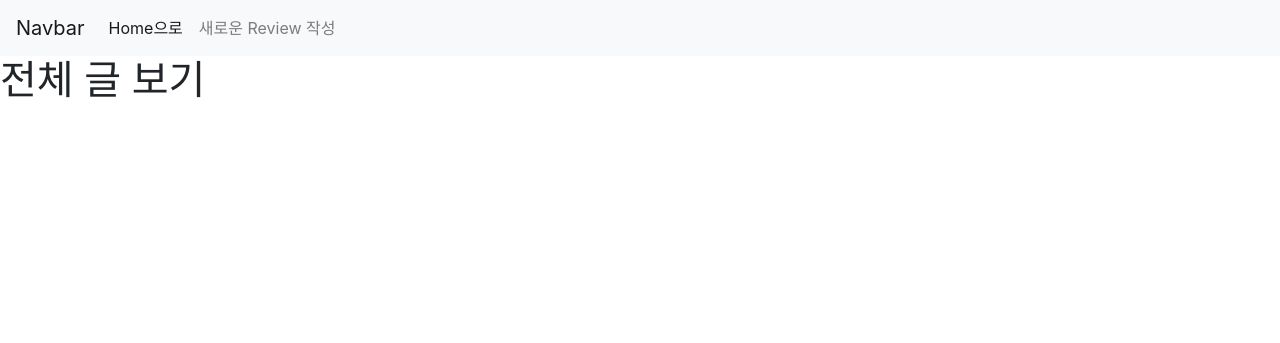
Repository: Jeonseoghyeon/Cloud9-IDE-PRACTICE
Page: http://localhost/articles/
The author's editor kept a record of every edit. The page is drawn from the files as they stood at one moment, then again after the next edit.
The browser window is 1280 px wide. The pictures show the whole page.
The page is served by the project's application, run on Django 2.2 (practice/0406/crud/manage.py). The page reads the database file committed with the project.

Above is the page before.

After the next edit:
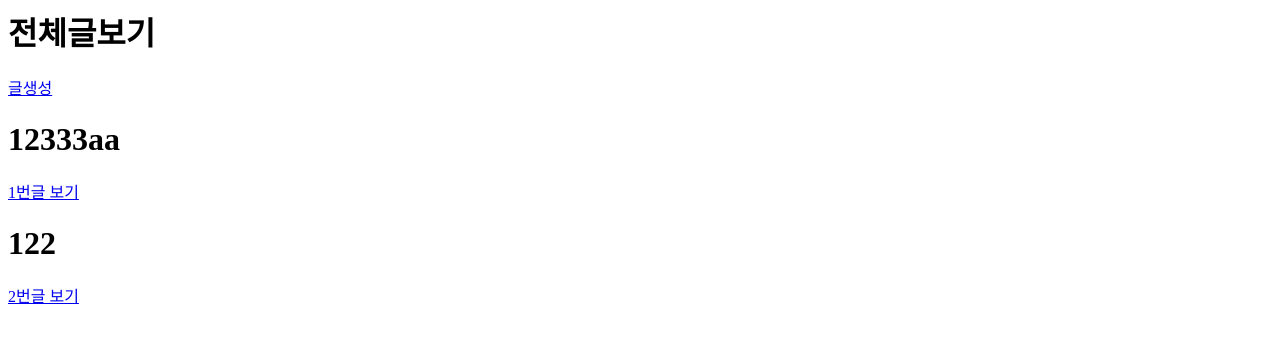
The edit:
--- a/practice/0406/crud/articles/templates/articles/index.html
+++ b/practice/0406/crud/articles/templates/articles/index.html
@@ -1,11 +1,6 @@
-{% extends 'base.html' %}
-{% block body %}
-<h1> 전체 글 보기 </h1>
-<!--<a href="{% url 'articles:new' %}">글 생성</a>-->
-{% for review in reviews%}
-    <h1>{{forloop.counter}}번 글!</h1>
-    <p>TITLE : {{review.title}}</p>
-    <p>CONTENT : {{review.content}}</p>
-    <a href="/articles/{{forloop.counter}}/review_detail">DETAIL</a>
+<h1>전체글보기</h1>
+<a href="{% url 'articles:new' %}">글생성</a>
+{% for article in articles %}
+    <h1>{{ article.title }}</h1>
+    <a href="{% url 'articles:detail' article.id %}">{{forloop.counter}}번글 보기</a>
 {% endfor %}
-{% endblock %}
